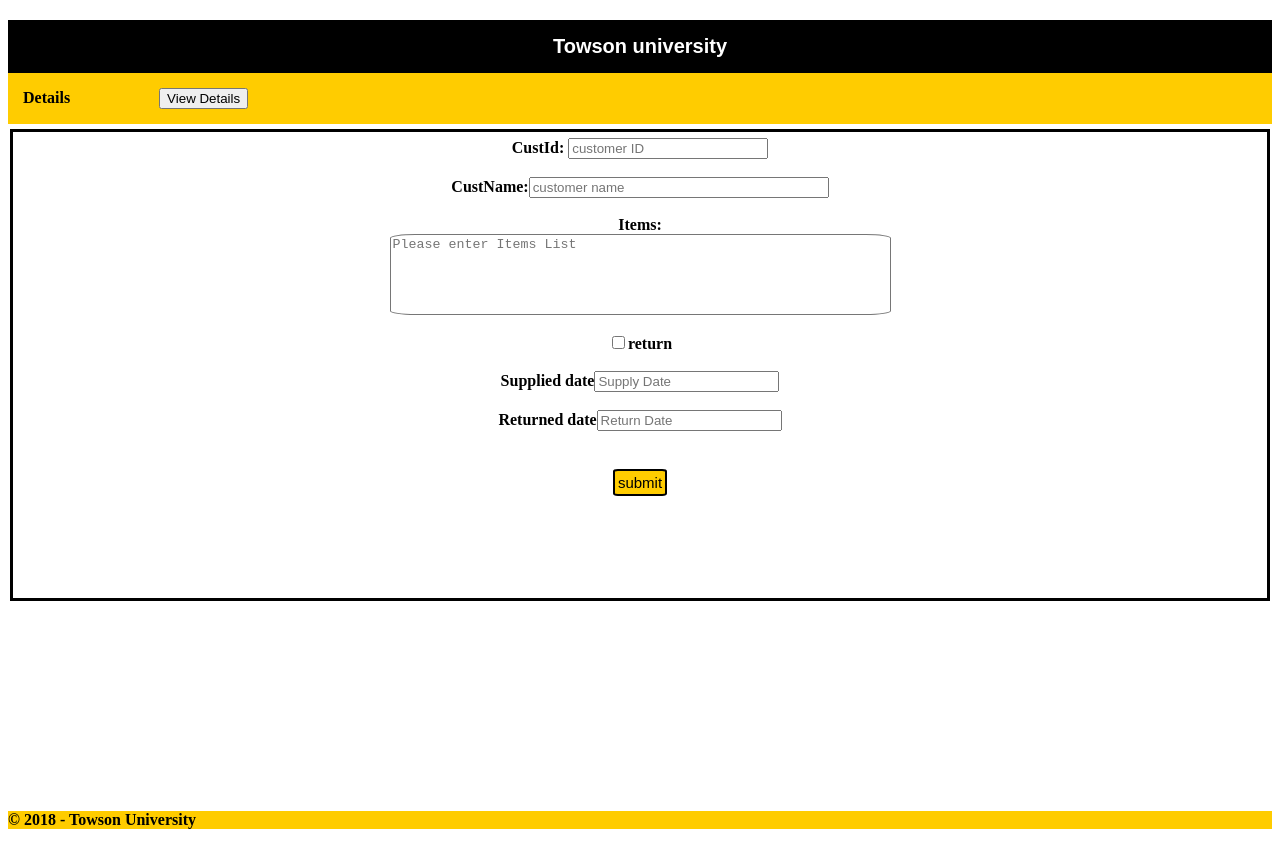
Repository: DatabaseCOSC578/eclipse-workspace11
Page: http://localhost/Supervisor/Supervisor.jsp
An editor plug-in stored every save of this project. The page is shown before and after the next save, followed by the edit.
The browser window is 1280 px wide. The pictures show the whole page.
The page is served by Tomcat 9.

Above is the page before, as saved 2018-04-15 17:06:08.

After the next save:
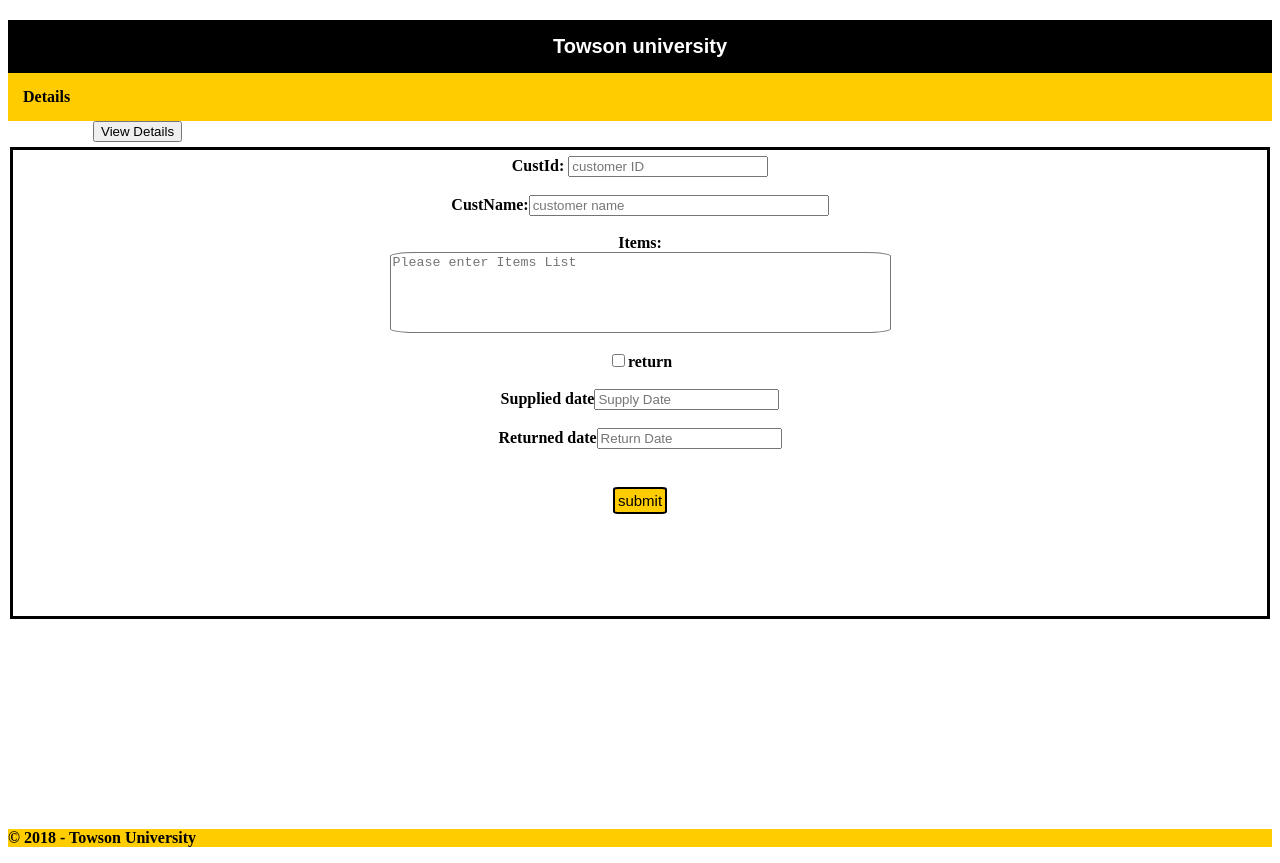
Saved 55 s later.
--- a/Supervisor/WebContent/Supervisor.jsp
+++ b/Supervisor/WebContent/Supervisor.jsp
@@ -5,7 +5,7 @@
 <body>
 <header><center>Towson university</center></header>
 <form name="inputdetails" action="store" method="post" id="form1">
-<p><b>Details</b> <button id="b1">View Details</button></p>
+<p><b>Details</b> </p><button id="b1">View Details</button>
 <fieldset><center>
 
 <b>CustId:</b> <input type=text style="width: 200px;" name="custid " placeholder="customer ID"><br><br>
